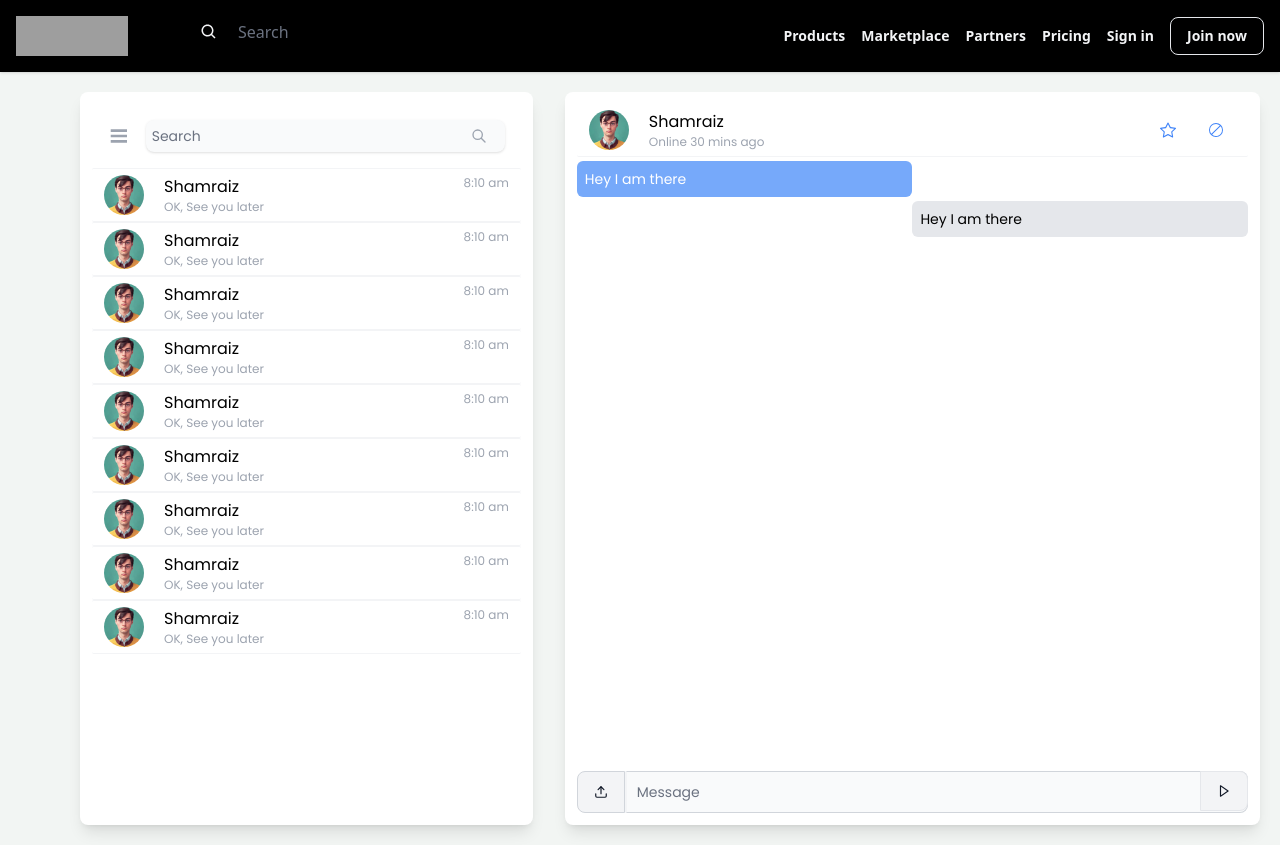
Repository: Shamraiz761/Frontend-Assessment
Page: /chat
These files come from the project's save history. The page is drawn as it stood at one moment and after the next save; the edit follows.
The browser window is 1280 px wide. The pictures show the whole page.
Pictures or frames that could not be fetched are drawn as grey boxes. The project was rebuilt for these pictures with package versions that can differ from the ones it lists, and the page was loaded fresh each time. Also part of the build but not shown: vite.config.js, src/routes/index.css, src/routes/root.jsx, src/pages/orders/index.jsx, src/pages/submission/index.jsx, src/pages/admin/index.css, src/components/admin/card.jsx, src/components/admin/addCard.jsx and 4 more. Imported but missing from the stored project, and not drawn on this page: src/pages/auth/login, src/pages/tasks, src/routes/profileLayout.

Above is the page before, as saved 2023-07-06 14:04:06.

After the next save:
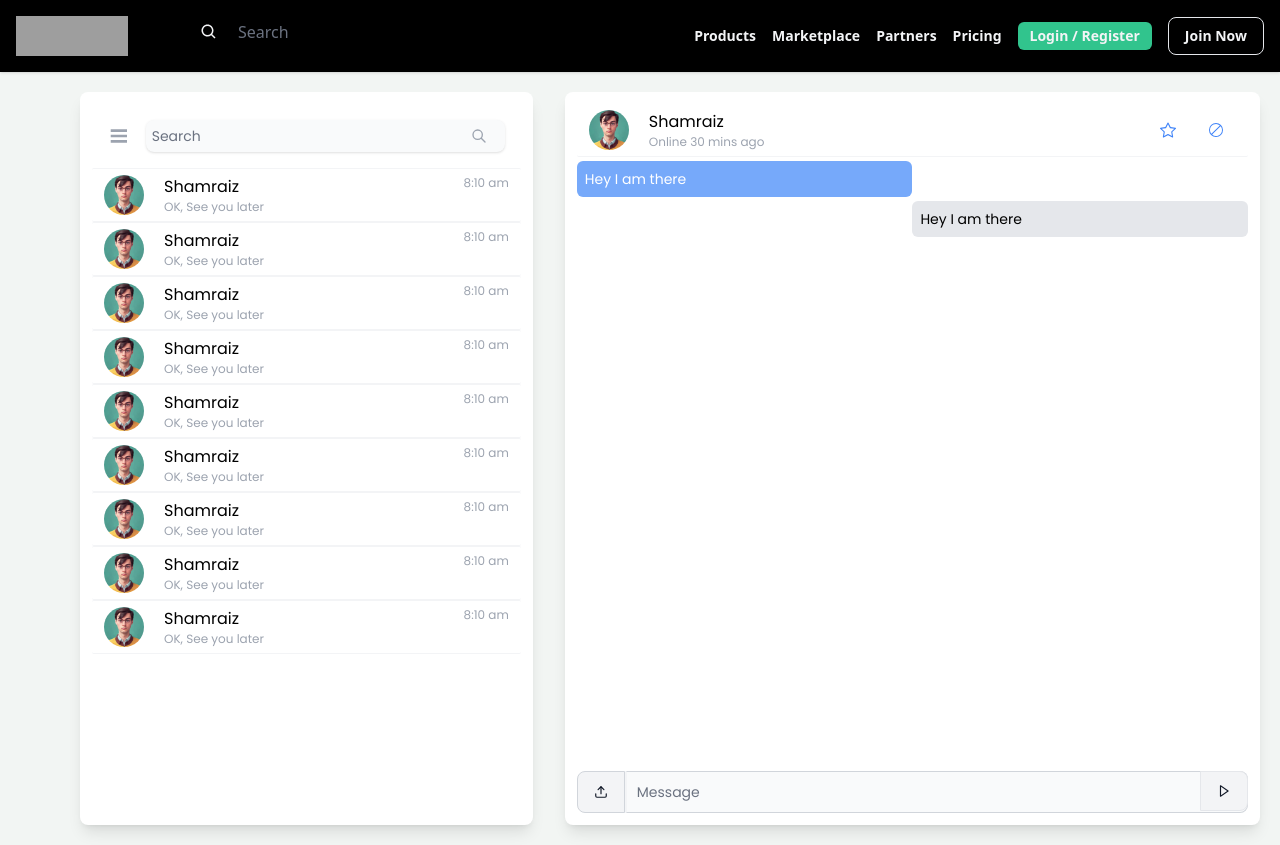
Saved 57 s later.
--- a/src/components/header/index.jsx
+++ b/src/components/header/index.jsx
@@ -70,15 +70,15 @@ function Header() {
                 <div class="hidden sm:flex sm:items-center">
                   <a
                     href="#"
-                    class="text-gray-100 text-sm font-semibold hover:text-purple-600 mr-4"
+                    class="text-gray-100 bg-green-400 rounded-md px-3 py-1 text-sm font-semibold hover:text-purple-600 mr-4"
                   >
-                    Sign in
+                    Login / Register
                   </a>
                   <a
                     href="#"
                     class="text-gray-100 text-sm font-semibold border px-4 py-2 rounded-lg hover:text-purple-600 hover:border-purple-600"
                   >
-                    Join now
+                    Join Now
                   </a>
                 </div>
               </div>
